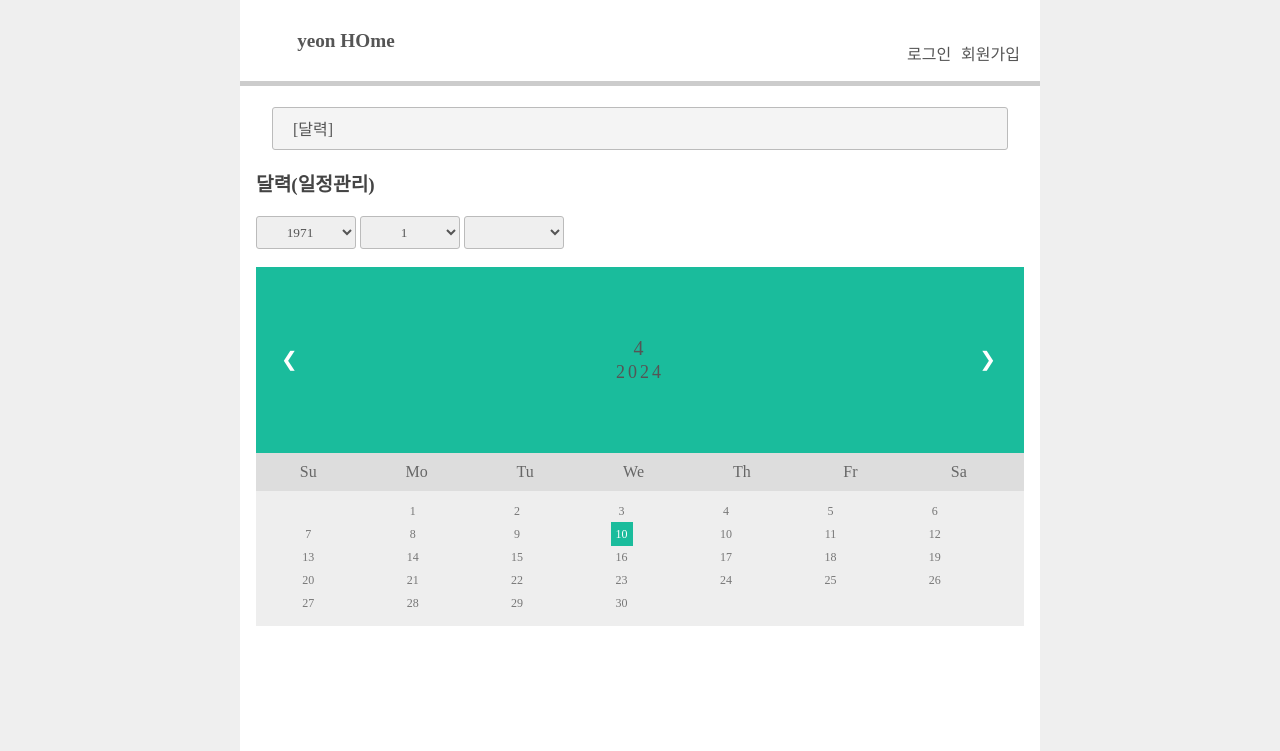
Repository: yeonhwa323/webPro
Page: webPro/src/main/webapp/javascript/days06/ex06.html
The author's editor kept a copy of each file at every save. The page is drawn from the files as they stood at one save, then again after the next save.
The browser window is 1280 px wide. The pictures show the whole page.
After loading, the first visible `#cmbyear` was changed once.
Some web fonts or font styles are not loaded; a fallback is used.

Above is the page before, as saved 2024-04-12 05:46:26.

### webPro/src/main/webapp/javascript/days06/ex06.html
<!DOCTYPE html>
<html>
<head>
<meta charset="UTF-8">
<meta name="viewport" content="width=device-width, initial-scale=1.0">
<title>Insert title here</title>
<link rel="shortcut icon" type="image/x-icon"
	href="http://localhost/webPro/images/SiSt.ico">
<script
	src="https://ajax.googleapis.com/ajax/libs/jquery/3.7.1/jquery.min.js"></script>
<link rel="stylesheet"
	href="http://localhost/webPro/resources/cdn-main/example.css">
<script src="http://localhost/webPro/resources/cdn-main/example.js"></script>
<style>
span.material-symbols-outlined {
	vertical-align: text-bottom;
}
</style>
<style>
select {
	width: 100px;
	text-align: center;
}

* {
	box-sizing: border-box;
}

ul {
	list-style-type: none;
}

body {
	font-family: Verdana, sans-serif;
}

.month {
	padding: 70px 25px;
	width: 100%;
	background: #1abc9c;
	text-align: center;
}

.month ul {
	margin: 0;
	padding: 0;
}

.month ul li {
	color: white;
	font-size: 20px;
	text-transform: uppercase;
	letter-spacing: 3px;
}

.month .prev {
	float: left;
	padding-top: 10px;
}

.month .next {
	float: right;
	padding-top: 10px;
}

.weekdays {
	margin: 0;
	padding: 10px 0;
	background-color: #ddd;
}

.weekdays li {
	display: inline-block;
	width: 13.6%;
	color: #666;
	text-align: center;
}

.days {
	padding: 10px 0;
	background: #eee;
	margin: 0;
}

.days li {
	list-style-type: none;
	display: inline-block;
	width: 13.6%;
	text-align: center;
	margin-bottom: 5px;
	font-size: 12px;
	color: #777;
}

.days li .active {
	padding: 5px;
	background: #1abc9c;
	color: white !important
}
</style>
</head>
<body>
	<header>
		<h1 class="main">
			<a href="#" style="position: absolute; top: 30px;">yeon HOme</a>
		</h1>
		<ul>
			<li><a href="#">로그인</a></li>
			<li><a href="#">회원가입</a></li>
		</ul>
	</header>
	<div>
		<xmp class="code"> [달력] </xmp>

		<h3>달력(일정관리)</h3>
		<select id="cmbyear" onchange="changeDate()"></select> <select
			id="cmbmonth" onchange="changeDate()"></select> <select id="cmbdate"></select>
		<br> <br>

		<div class="month">
			<ul>
				<li class="prev" onclick="changeCalendar(-1)">&#10094;</li>
				<li class="next" onclick="changeCalendar(1)">&#10095;</li>
				<li><span id="month">August</span><br> <span id="year"
					style="font-size: 18px">2017</span></li>
			</ul>
		</div>
		<ul class="weekdays">
			<li>Su</li>
			<li>Mo</li>
			<li>Tu</li>
			<li>We</li>
			<li>Th</li>
			<li>Fr</li>
			<li>Sa</li>
		</ul>
		<ul class="days">
			<li></li>
			<li></li>
			<li>1</li>
			<li>4</li>
			<li>5</li>
			<li>6</li>
			<li>7</li>
			<li>8</li>
			<li>9</li>
			<li><span class="active">10</span></li>
			<li>11</li>
			<li>12</li>
			<li>13</li>
			<li>14</li>
			<li>15</li>
			<li>16</li>
			<li>17</li>
			<li>18</li>
			<li>19</li>
			<li>20</li>
			<li>21</li>
			<li>22</li>
			<li>23</li>
			<li>24</li>
			<li>25</li>
			<li>26</li>
			<li>27</li>
			<li>28</li>
			<li>29</li>
			<li>30</li>
			<li>31</li>

		</ul>
	</div>
	<script>
    let today = new Date();
    let tYear = today.getFullYear(); // 2024
    let tMonth = today.getMonth()+1;   // 4월(3)
    let year = tYear;  // 2024
    let month = tMonth;  // 4월(3)

    // 1. cmbYear
    for (let i = 1970; i <= 2050; i++) {
      // <option value="1970">1970</option>
	  $("#cmbyear").append( $("<option></option>").text(i));
	}// for
	$("cmbyear").val(tYear);

	// 2. cmbMonth
	for (let i = 1; i <= 12; i++) {
	  $("#cmbmonth").append( $("<option></option>").text(i));
	}// for
	$("cmbmonth").val(tMonth);

	// 3. cmbDate
	// tYear, tMonth 1~30

  </script>
	<script>
    function getLastDay(year,month){
    	let d = new Date(year, month );
    	d.setDate( d.getDate() -1);
    	return d.getDate(); // 28,29,30,31
    }
    function getDayOfWeek(year,month,date){
    	let d = new Date(year, month-1, date);
    	return d.getDay();  // 일(0)월(1)~금(5)토(6)
    }

    function printCalendar(year, month) {
    	//<span id="month">August</span><br>
        //<span id="year"   style="font-size: 18px">2017</span>
        $("#month").text(month); // 4
        $("#year").text(year); // 2024

        let dayOfWeek = getDayOfWeek(year,month, 1);
        let lastDay = getLastDay(year, month);

        /* <ul class="days"> */
        $("ul.days").empty();
        // $("ul.days").html();

        // 달력날짜 li 태그 그리기
        for (var i = 0; i < dayOfWeek; i++) {
        	$("ul.days").append("<li></li>");
		}//for

		// 1 ~ lastDay li 태그 그리기
		// <span class="active">10</span>
        for (var i = 1; i <= lastDay; i++) {
        	let outputday = new Date(year, month-1, i );
        	if(today.toLocaleDateString() ==
        		outputday.toLocaleDateString() )
        	$("ul.days").append(`<li><span class="active">${i}</span></li>`);
        	else {

            }
             $("ul.days").append(`<li>${i}</li>`);
          } //for

        }//



    printCalendar( year, month );
  </script>
	<script>
    // #cmbyear, #cmbmonth
    function changeDate() {

    }

    // prev(-1), next(1) 클릭
    function changeCalendar( value ){

    }

  </script>

</body>
</html>

### webPro/src/main/webapp/resources/cdn-main/example.css
@charset "UTF-8";

@import url('https://fonts.googleapis.com/css2?family=Material+Symbols+Outlined:opsz,wght,FILL,GRAD@20..48,100..700,0..1,-50..200');

@font-face {
    font-family: 'GmarketSansMedium';
    src: url('https://cdn.jsdelivr.net/gh/projectnoonnu/noonfonts_2001@1.1/GmarketSansMedium.woff') format('woff');
    font-weight: normal;
    font-style: normal;
}

:root {
	--text-color: #555;
	--sub-text-color: #777;
	--back-color: #EFEFEF;
	--header-color: #444;
	--primary-color: #DEDEDE;
	--secondary-color: #EFEFEF;
	--default-width: 800px;
	--narrow-width: 500px;
	--wide-width: 1200px;
	--text-font: 'GmarketSansMedium';
	--icon-font: 'Material Symbols Outlined';
	--border-color: #CCC;
}

html, body {
	margin: 0;
	padding: 0;
}

html {
	background-color: var(--back-color);
	display: flex;
	justify-content: center;
	min-height: 100vh;
}

body, body.default {
	width: var(--default-width);
	background-color: white;
	padding-bottom: 120px;
}

body.wide {
	width: var(--wide-width);
}

body.narrow {
	width: var(--narrow-width);
}



body, p, div, span, a, input, select, option, textarea, button, table, th, td, label, fieldset, legend {
	font-family: var(--text-font);
	color: var(--text-color);
}

h1, h2, h3 {
	font-family: var(--text-font);
	color: var(--header-color);
	padding: 0 1rem;
	padding-top: .5rem;
}

div > h1, div > h2, div > h3 {
	padding: 0;
}

body > div, body > main > div {
	padding: 0.3rem 1rem;
}


h1 { font-size: 2rem; border-bottom: 1px solid var(--border-color); }
h1 small { font-size: 1.2rem; color: var(--sub-text-color); }
h2 { font-size: 1.5rem; border-bottom: 1px dashed var(--border-color); }
h2 small { font-size: 1.1rem; color: --sub-text-color; }
h3 { font-size: 1.2rem; }
h3 small { font-size: 1rem; color: --sub-text-color; }



h1.main::before {
	font-family: var(--icon-font);
  	content: '\e666';
  	margin-right: 10px;
  	float: left;
	font-size: 2.5rem;
}

h1.sub::before {
	font-family: var(--icon-font);
  	content: '\ea19';
  	margin-right: 10px;
  	float: left;
	font-size: 2.5rem;
}


h1.page::before {
	font-family: var(--icon-font);
  	content: '\e0e0';
  	margin-right: 10px;
  	float: left;
	font-size: 2.5rem;
}

body > header > ul > li > .active{
	background-color: #FFF;
	color:#F00;
}

body > header {
	display: flex;
	justify-content: space-between;
	border-bottom: 5px solid var(--border-color);
	min-height: 74px;
	background-color: #FFF;
}

body > header.sticky {
	position: sticky;
	top: 0;
	z-index: 98;
}

body > header > h1 {
	font-size: 1.2rem;
	border: 0;
}

body > header.in > h1::before {
	font-family: var(--icon-font);
  	content: '\e332‥';
  	margin-right: 3px;
  	float: left;
	font-size: 2rem;
}


body > header > ul {
	list-style-type: none;
	display: flex;
	align-items: flex-end;
	margin-right: 10px;
}

body > header > ul > li {
	margin-right: 10px;
	cursor: pointer;
}

body > header > ul > li > a {
	cursor: pointer;
}


form {
	display: block;
}

form > div {
	padding: 0.3rem 1rem;
}

div > form > div {
	padding: 0.3rem 0;
}

input, textarea, button, select {
	border: 1px solid #BBB;
	border-radius: 3px;
	outline: none;
	resize: none;
	padding: 7px;
	margin: 0;
}

input[type=text]:read-only, textarea:read-only {
	cursor: not-allowed;
	background-color: #FFF;
}

input[type=text]:disabled, textarea:disabled {
	cursor: not-allowed;
	background-color: #EEE;
}

input[type=text], input[type=password], textarea, button, select {
	/* width: 300px; */
}

textarea {
	display: block;
	height: 100px;
}

input[type=button], input[type=submit], button {
	/* width: inherit; */
}

input.short, textarea.short, button.short, select.short {
	width: 100px;
}

input.long, textarea.long, button.long, select.long {
	width: 350px;
}

.narrow input.long, .narrow textarea.long, .narrow button.long, .narrow select.long {
	width: calc(100% - 20px);
}

input.full, textarea.full, button.full, select.full {
	width: calc(100% - 20px);
}

textarea.short {
	height: 50px;
}

textarea.long {
	height: 100px;
}

textarea.full {
	height: 200px;
}

input, textarea {
	padding-top: 8px;
}

input[type=button], input[type=submit], button {
	padding: 5px 10px;
	background-color: var(--secondary-color);
	cursor: pointer;
	min-height: 36px;
}

input[type=button].primary, input[type=submit].primary, button.primary {
	/* background-color: rgba(100, 149, 237, .2); */
	background-color: var(--primary-color);
}

input[type=button].primary:hover, input[type=submit].primary:hover, button.primary:hover {
	/* background-color: rgba(100, 149, 237, .3); */
	background-color: var(--secondary-color);
}

input[type=button]:hover, input[type=submit]:hover, button:hover {
	background-color: var(--primary-color);
}

button {
	position: relative;
	left: 0;
	top: 0;
	padding-left: 35px;
}

button .material-symbols-outlined {
	position: absolute;
	left: 10px;
	top: 4px;
}

/* k2nik add */
button.login::before {
	font-family: var(--icon-font);
  	content: '\ea77';
	position: absolute;
	left: 11px;
	top: 4px;
	font-size: 1.25rem;
}

/* k2nik logout */
button.logout::before {
	font-family: var(--icon-font);
  	content: '\e9ba';
	position: absolute;
	left: 11px;
	top: 4px;
	font-size: 1.25rem;
}

/* k2nik help */
button.help::before {
	font-family: var(--icon-font);
  	content: '\f1c0';
	position: absolute;
	left: 11px;
	top: 4px;
	font-size: 1.25rem;
}

button.add::before{
	font-family: var(--icon-font);
  	content: '\e746';
	position: absolute;
	left: 11px;
	top: 4px;
	font-size: 1.25rem;
}

button.back::before {
	font-family: var(--icon-font);
  	content: '\e166';
	position: absolute;
	left: 11px;
	top: 4px;
	font-size: 1.25rem;
}

button.list::before {
	font-family: var(--icon-font);
  	content: '\e0ee';
	position: absolute;
	left: 11px;
	top: 4px;
	font-size: 1.25rem;
}


button.del::before {
	font-family: var(--icon-font);
  	content: '\e872';
	position: absolute;
	left: 11px;
	top: 4px;
	font-size: 1.25rem;
}


button.edit::before {
	font-family: var(--icon-font);
  	content: '\e745';
	position: absolute;
	left: 11px;
	top: 4px;
	font-size: 1.25rem;
}


button.login::before {
	font-family: var(--icon-font);
  	content: '\ea77';
	position: absolute;
	left: 11px;
	top: 4px;
	font-size: 1.25rem;
}


button.logout::before {
	font-family: var(--icon-font);
  	content: '\e9ba';
	position: absolute;
	left: 11px;
	top: 4px;
	font-size: 1.25rem;
}


button.in::before {
	font-family: var(--icon-font);
  	content: '\f71a';
	position: absolute;
	left: 11px;
	top: 4px;
	font-size: 1.25rem;
}


button.out::before {
	font-family: var(--icon-font);
  	content: '\f70e';
	position: absolute;
	left: 11px;
	top: 4px;
	font-size: 1.25rem;
}


button.reply::before {
	font-family: var(--icon-font);
  	content: '\e15e';
	position: absolute;
	left: 11px;
	top: 4px;
	font-size: 1.25rem;
}


button.comment::before {
	font-family: var(--icon-font);
  	content: '\e0b9';
	position: absolute;
	left: 11px;
	top: 4px;
	font-size: 1.25rem;
}


button.modal::before {
	font-family: var(--icon-font);
  	content: '\e89e';
	position: absolute;
	left: 11px;
	top: 4px;
	font-size: 1.25rem;
}


button.ok::before {
	font-family: var(--icon-font);
  	content: '\e86c';
	position: absolute;
	left: 11px;
	top: 4px;
	font-size: 1.25rem;
}


button.cancel::before {
	font-family: var(--icon-font);
  	content: '\e5c9';
	position: absolute;
	left: 11px;
	top: 4px;
	font-size: 1.25rem;
}

button.search::before {
	font-family: var(--icon-font);
  	content: '\e8b6';
	position: absolute;
	left: 11px;
	top: 4px;
	font-size: 1.25rem;
}

button.home::before {
	font-family: var(--icon-font);
  	content: '\e88a';
	position: absolute;
	left: 11px;
	top: 4px;
	font-size: 1.25rem;
}


button.sidebar::before {
	font-family: var(--icon-font);
  	content: '\f7e4';
	position: absolute;
	left: 11px;
	top: 4px;
	font-size: 1.25rem;
}


button.sidebar-right::before {
	font-family: var(--icon-font);
  	content: '\f7e5';
	position: absolute;
	left: 11px;
	top: 4px;
	font-size: 1.25rem;
}




button::before {
	font-family: var(--icon-font);
  	content: '\e323';
	position: absolute;
	left: 11px;
	top: 4px;
	font-size: 1.25rem;
}


table {
	border-collapse: collapse;
	margin: 1rem;
	box-sizing: border-box;
	width: calc(100% - 32px);
}

table.content {
	width: auto;
}

div > table {
	margin: 0;
}

table th, table td {
	border: 1px solid var(--border-color);
	padding: 7px;
	font-weight: normal;
}

table th {
	background-color: var(--back-color);
}

table.vertical th {
	width: 150px;
}

table.vertical td {
	width: calc(100% - 182px);
	padding-left: 10px;
}

table.content td, table.content th {
	width: auto;
}

body.narrow table.vertical th {
	width: 100px;
}

body.narrow table.vertical td {
	width: calc(100% - 182px);
}


table + table {
	margin-top: 30px;
}


p {
	padding: 0 1rem;
}

a {
	text-decoration: none;
}

a:hover {
	color: rgba(255, 99, 71, .7);
}

hr {
	border: 0;
	border-top: 1px solid var(--border-color);
	margin: 2rem 0;
}

.message {
	border: 1px solid var(--border-color);
	background-color: #EFEFEF;
	margin: 1rem;
	width: auto;
	padding-top: 10px;
	padding-bottom: 10px;
	font-size: 14px;
}

.message[title]::before {
	content: attr(title);
	display: block;
	border-bottom: 1px solid var(--border-color);
	padding-bottom: 5px;
	margin-bottom: 10px;
	margin-top: 7px;
}

.message.short {
	max-width: 250px;
}

.message.long {
	max-width: 500px;
}

.badge {
	float: right;
	font-size: .8rem;
	margin-top: 2px;
	margin-right: 2px;
	text-shadow: 0 0 7px gray;
}

.badge.left {
	float: none;
	margin-left: 2px;
}

.badge.right {
	float: right;
}

.badge.red {
	border-radius: 50%;
	padding: 2px 5px;
	background-color: rgb(255, 99, 71, .3);
}

.badge.yellow {

	border-radius: 50%;
	padding: 2px 5px;
	background-color: rgb(255, 215, 0, .5);
}

.badge.blue {
	border-radius: 50%;
	padding: 2px 5px;
	background-color: rgb(100, 149, 237, .3);
}

label + label {
	margin-left: 7px;
}

label input[type=checkbox], label input[type=radio] {
	transform: translate(0, 1px);
}

.group {
	display: flex;
}

.modal-content .group {
	margin-bottom: .5rem;
}

.group label {
	border: 1px solid #BBB;
	border-radius: 3px;
	outline: none;
	resize: none;
	padding: 7px 14px;
	margin: 0;
	border-top-right-radius: 0;
	border-bottom-right-radius: 0;
	background-color: #EFEFEF;
	white-space: nowrap;
	font-size: 14px;
}

.group input[type=text] {
	margin-left: -1px;
	border-top-left-radius: 0;
	border-bottom-left-radius: 0;
}

.group select {
	margin-left: -1px;
	border-top-left-radius: 0;
	border-bottom-left-radius: 0;
}

.group input.full[type=text] {
	margin-left: -1px;
	border-top-left-radius: 0;
	border-bottom-left-radius: 0;
	width: 100%;
}

.group input[type=button]:first-child, .group button:first-child {
	border-top-left-radius: 3px;
	border-bottom-left-radius: 3px;
	margin-left: 0px;
}

.group input[type=button], .group button {
	border-radius: 0;
	margin-left: -1px;
}

.group input[type=button]:last-child, .group button:last-child {
	margin-left: -1px;
	border-top-right-radius: 3px;
	border-bottom-right-radius: 3px;
}

.seperate {
	display: flex;
	justify-content: space-between;
}

div.list {
	width: max-content;
	margin: 1rem;
	border: 1px solid #BBB;
	border-radius: 3px;
	padding: 0;
}

div.list.full {
	width: auto;
	display: block;
	margin: 1rem;
	border: 1px solid #BBB;
	border-radius: 3px;
	padding: 0;
}

div.list > div {
	padding: .5rem 1rem;
	margin: 0;
	border-bottom: 1px solid #BBB;
}

div.list > div:last-child {
	border-bottom: 0;
}

pre.code , xmp.code{
	font-family: consols;
	background-color: rgba(150, 150, 150, .1);
	border: 1px solid #BBB;
	border-radius: 3px;
	padding: .5rem 1rem;
	padding-bottom: .6rem;
	margin: 1rem;
}




*[data-modal-window] {
	position: fixed;
	background-color: rgba(0, 0, 0, .3);
	left: 0;
	top: 0;
	display: none;
	justify-content: center;
	align-items: flex-start;
	width: 100%;
	min-height: 100vh;
	z-index: 100;
	opacity: 0;
	transition: 500ms all;
}

*[data-modal-window] .modal-container {
	border-radius: 5px;
	padding: 1rem;
	padding-bottom: .5rem;
	margin-top: -500px;
	opacity: 0;
	width: 500px;
	background-color: #FFF;
	margin-right: 2rem;
	transition: 500ms all;
}

*[data-modal-size=content] .modal-container {
	width: auto;
}

*[data-modal-size=narrow] .modal-container {
	width: 300px;
}

*[data-modal-size=wide] .modal-container {
	width: 760px;
}


*[data-modal-window] .modal-header {
	border-bottom: 1px solid var(--border-color);
	padding: 2px 5px;
}

*[data-modal-window] .modal-content {
	padding: 1rem 5px;
}

*[data-modal-window] .modal-content div:last-child {
	margin-top: 1rem;
	text-align: right;
}



*[data-sidebar-window] {
	position: fixed;
	background-color: #FFF;
	left: 0;
	top: 0;
	display: block;
	width: 300px;
	border-right: 1px solid var(--border-color);
	box-sizing: border-box;
	box-shadow: 0 0 3px var(--back-color);
	min-height: 100vh;
	z-index: 99;
	transform: translate(-300px, 0);
	transition-duration: 500ms;
	transition-property: transform;
}

*[data-sidebar-direction=right] {
	left: auto;
	right: 0;
	transform: translate(300px, 0);
	border-left: 1px solid var(--border-color);
}

*[data-sidebar-size=wide] {
	width: 500px;
	transform: translate(-500px, 0);
}

*[data-sidebar-window] .sidebar-title {
	border-bottom: 1px solid var(--border-color);
	margin-top: 20px;
	margin-bottom: 20px;
	padding-bottom: 5px;
	display: flex;
	justify-content: space-between;
}

*[data-sidebar-window] .sidebar-title span:last-child {
	cursor: pointer;
}


/* K2Nik pagination */
.center {
  text-align: center;
}

.pagination {
  display: inline-block;
}

.pagination a {
  color: black;
  float: left;
  padding: 3px 6px;
  text-decoration: none;
  transition: background-color .3s;
  border: 1px solid #ddd;
  margin: 0 3px;
}

.pagination a.active {
  background-color: #4CAF50;
  color: white;
  border: 1px solid #4CAF50;
}

.pagination a:hover:not(.active) {background-color: #ddd;}

### webPro/src/main/webapp/resources/cdn-main/example.js

window.onload = () => {

    const list = document.querySelectorAll('input, textarea');

    list.forEach(item => {
        item.setAttribute('autocomplete', 'off');
    });


    const modal_btn_list = document.querySelectorAll('*[data-modal-button]');

    modal_btn_list.forEach(item => {
        item.onclick = function() {

            const name = this.dataset['modalButton'];
            const modal_window = document.querySelector('*[data-modal-window=' + name);

            const container = document.createElement('div');
            container.className = 'modal-container';



            const modal_header = document.createElement('div');
            modal_header.textContent = modal_window.dataset['modalTitle'];
            modal_header.className = 'modal-header';
            container.appendChild(modal_header);

            const modal_content = document.createElement('div');
            modal_content.className = 'modal-content';
            container.appendChild(modal_content);

            Array.from(modal_window.childNodes).forEach(item => {
                modal_content.appendChild(item);
            });

            modal_window.appendChild(container);

            modal_window.style.display = 'flex';

            setTimeout(() => {
                modal_window.style.opacity = 1;
                container.style.marginTop = '20px';
                container.style.opacity = 1;
            }, 50);


            const modal_ok = document.querySelector('*[data-modal-ok=' + name);
            modal_ok.addEventListener('click', function() {
                modal_window.style.opacity = 0;
                container.style.marginTop = '-500px';
                container.style.opacity = 0;

                setTimeout(() => {
                    modal_window.innerHTML = modal_content.innerHTML;
                    modal_window.style.display = 'none';
                }, 500);

            });

            const modal_cancel = document.querySelector('*[data-modal-cancel=' + name);
            modal_cancel.addEventListener('click', function() {

                modal_window.style.opacity = 0;
                container.style.marginTop = '-500px';
                container.style.opacity = 0;

                setTimeout(() => {
                    modal_window.innerHTML = modal_content.innerHTML;
                    modal_window.style.display = 'none';
                }, 500);
            });


        };
    });


    const sidebar_btn_list = document.querySelectorAll('*[data-sidebar-button]');

    sidebar_btn_list.forEach(item => {
        item.onclick = function() {



            const name = this.dataset['sidebarButton'];
            const sidebar_window = document.querySelector('*[data-sidebar-window=' + name);

            if (sidebar_window.style.transform == 'translate(0px, 0px)') return;



            sidebar_window.style.transform = 'translate(0, 0)';

            const sidebar_title = document.createElement('div');
            sidebar_title.className = 'sidebar-title';
            sidebar_title.innerHTML = '<span>' + sidebar_window.dataset['sidebarTitle'] + '</span><span class="material-symbols-outlined">close</span>';

            sidebar_title.children[1].onclick = function() {

                let sign = 1;
                let distance = 300;

                if (sidebar_window.dataset['sidebarDirection'] != 'right') {
                    sign = -1;
                } else {
                    sign = 1;
                }

                if (sidebar_window.dataset['sidebarSize'] != 'wide') {
                    distance = 300;
                } else {
                    distance = 500;
                }

                distance *= sign;

                sidebar_window.style.transform = 'translate(' + distance + 'px, 0)';

                setTimeout(function() {
                    sidebar_window.removeChild(sidebar_window.children[0]);
                }, 500);
            };


            sidebar_window.prepend(sidebar_title);

        }
    });

};

// window.onkeydown = function(event) {

//     if (event.keyCode == 27) {
//         if (document.querySelector('[data-modal-window').style.display == 'flex') {
//             document.querySelector('[data-modal-window').style.display = 'none';
//         }
//     }

// };

After the next save:
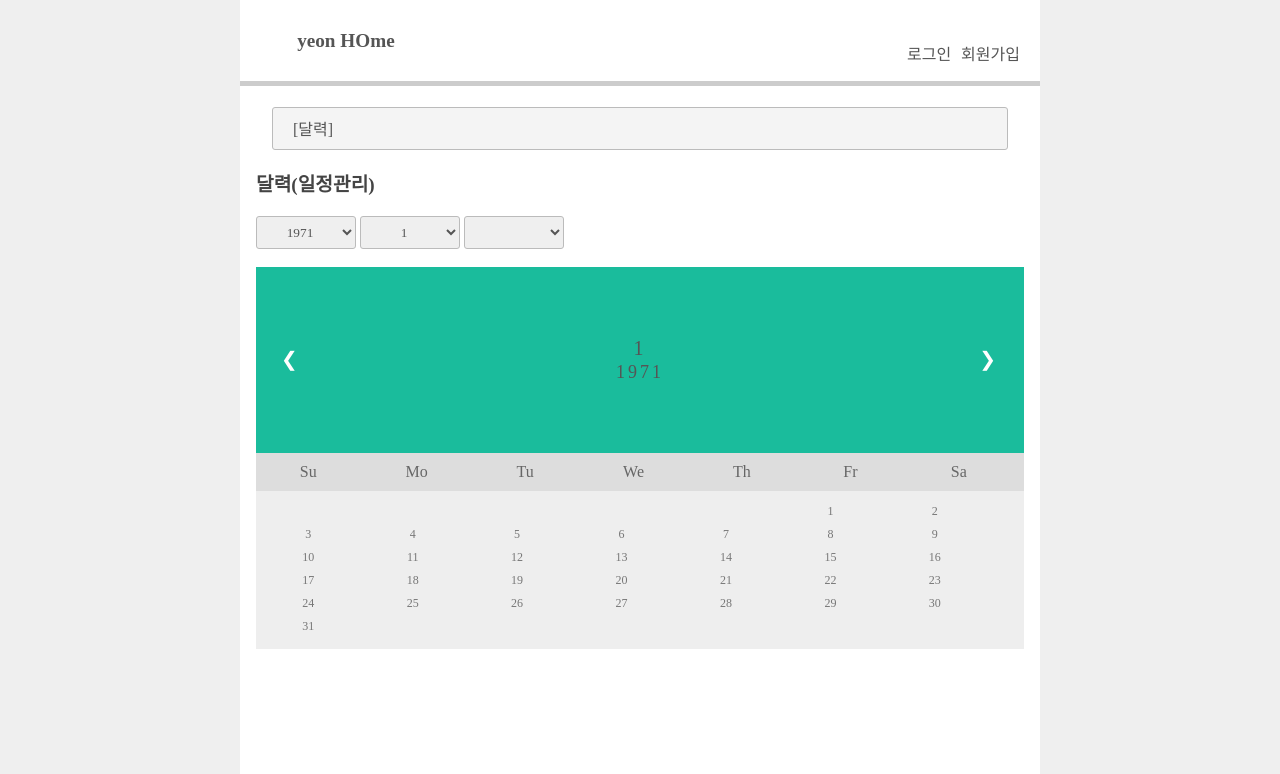
Saved 83 s later.
--- a/webPro/src/main/webapp/javascript/days06/ex06.html
+++ b/webPro/src/main/webapp/javascript/days06/ex06.html
@@ -173,6 +173,7 @@ body {
     let today = new Date();
     let tYear = today.getFullYear(); // 2024
     let tMonth = today.getMonth()+1;   // 4월(3)
+
     let year = tYear;  // 2024
     let month = tMonth;  // 4월(3)
 
@@ -231,7 +232,7 @@ body {
         	$("ul.days").append(`<li><span class="active">${i}</span></li>`);
         	else {
 
-            }
+            }  // if
              $("ul.days").append(`<li>${i}</li>`);
           } //for
 
@@ -244,7 +245,10 @@ body {
 	<script>
     // #cmbyear, #cmbmonth
     function changeDate() {
-
+    	year = $("#cmbyear").val();
+    	month = $("#cmbmonth").val();
+
+    	printCalendar( year, month );
     }
 
     // prev(-1), next(1) 클릭
